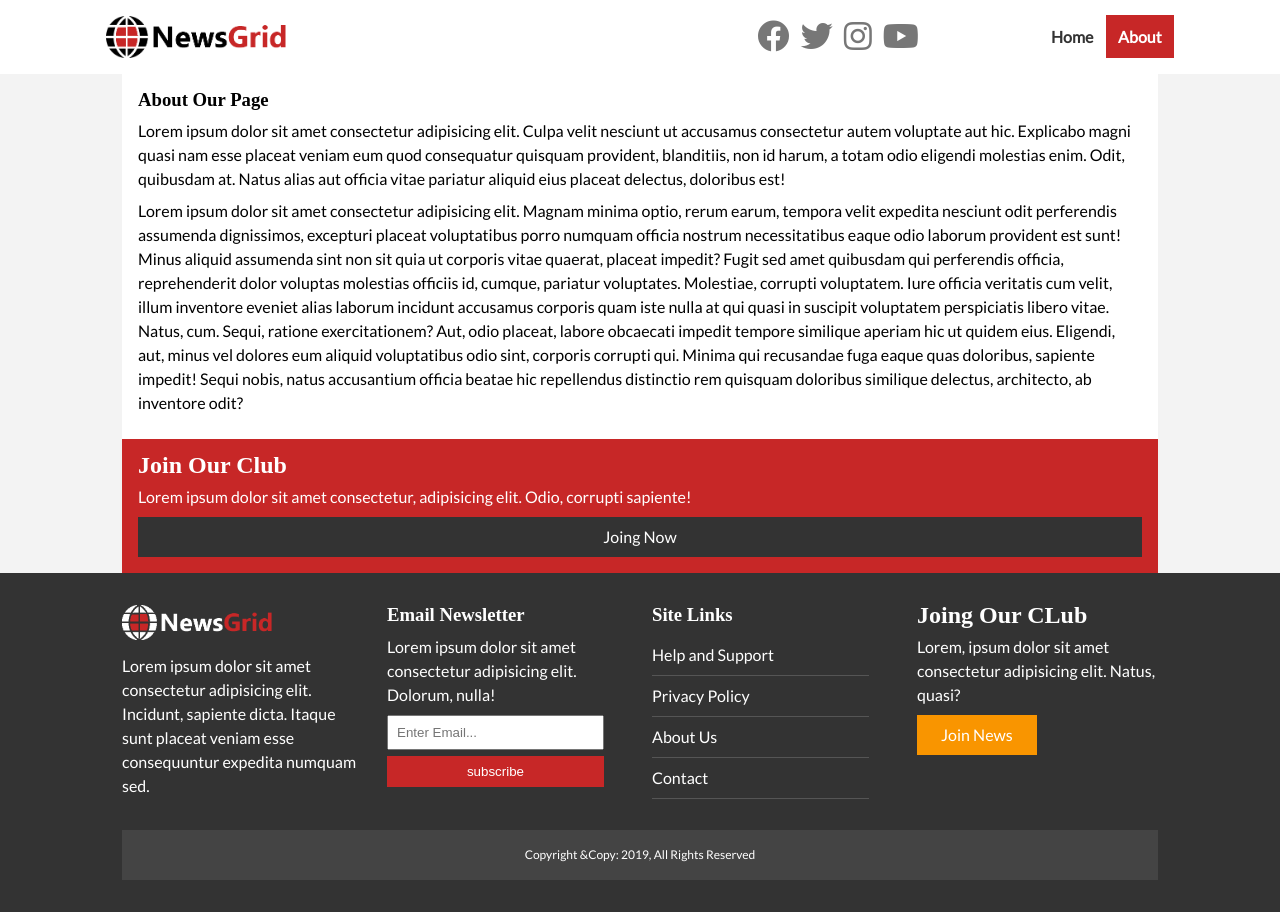
Repository: EswinGiova/NewsGrid
Page: about.html
The author's editor kept a copy of each file at every save. The page is drawn from the files as they stood at one save, then again after the next save.
The browser window is 1280 px wide. The pictures show the whole page.
Some web libraries are served in a nearby version.

Above is the page before, as saved 2020-09-20 19:26:24.

After the next save:
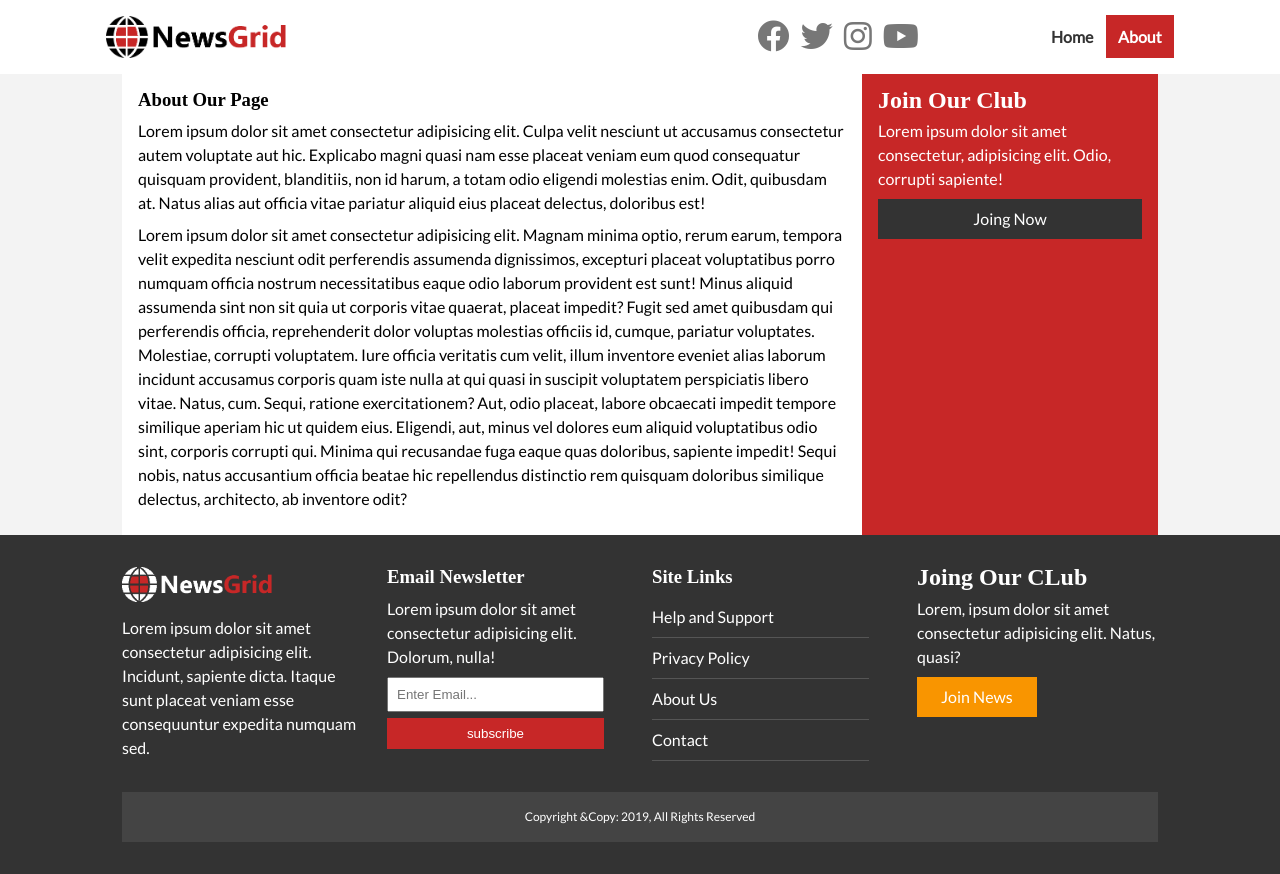
Saved 5 s later.
--- a/css/style.css
+++ b/css/style.css
@@ -174,7 +174,7 @@ h6 {
 /* inner page container */
 .page-container {
   display: grid;
-  grid-template-columns: 5fr 2fr.;
+  grid-template-columns: 5fr 2fr;
 }
 
 /* Navigation */
